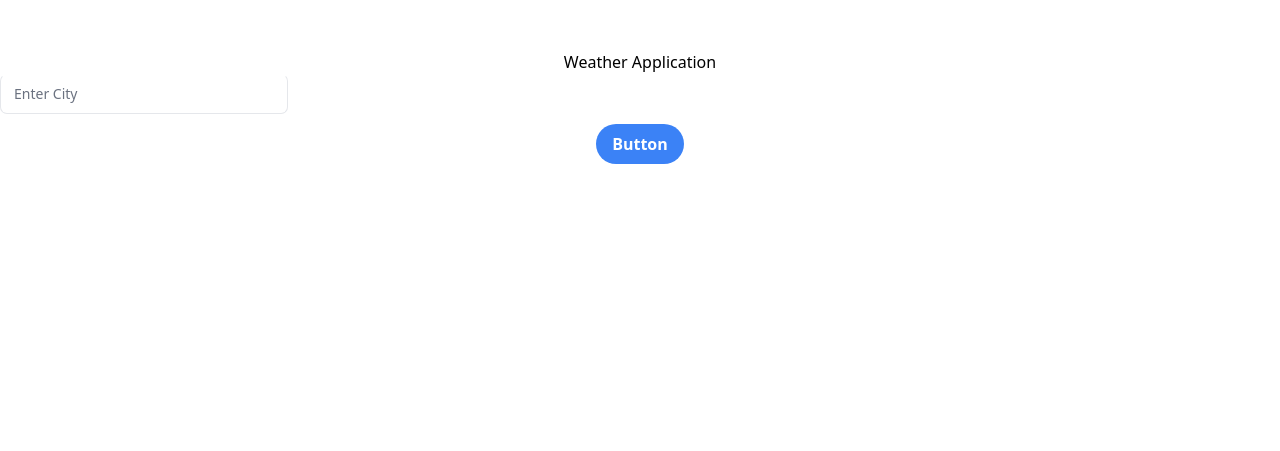
Repository: rajratangm/xweather
Page: /
The author's editor kept a copy of each file at every save. The page is drawn from the files as they stood at one save, then again after a run of saves.
The browser window is 1280 px wide. The pictures show the whole page.
The project was rebuilt for these pictures with package versions that can differ from the ones it lists, and the page was loaded fresh each time.

Above is the page before, as saved 2024-06-06 10:34:21.

After the next 2 saves:
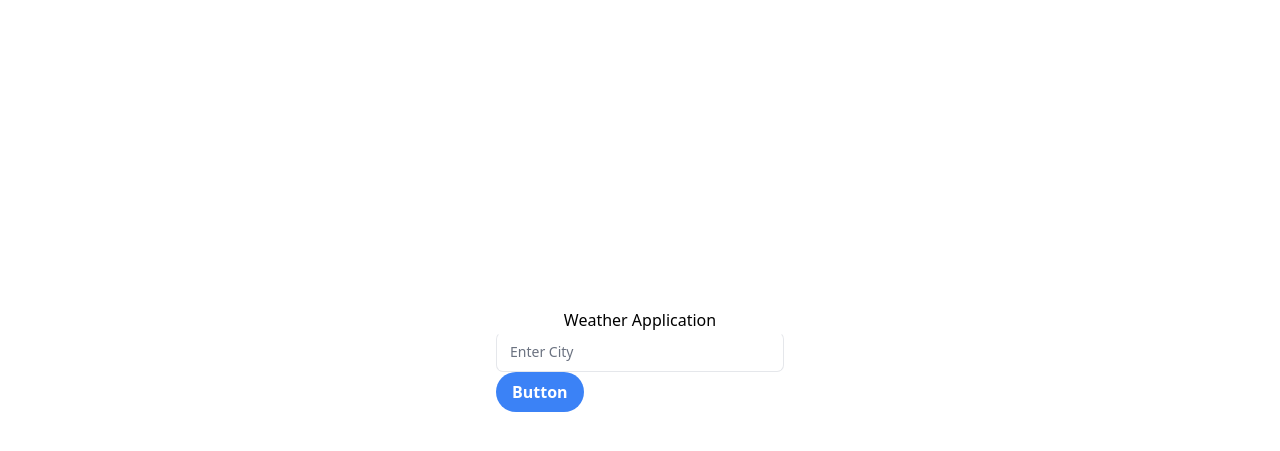
The 2 saves are shown as one change because they came seconds apart.
The last was saved 9 s later.
--- a/src/App.css
+++ b/src/App.css
@@ -1,4 +1,4 @@
-.weather-app {
+/* .weather-app {
   text-align: center;
   margin-top: 50px;
 }
@@ -21,4 +21,23 @@ button {
   padding: 10px;
   margin: 0 10px;
   border: 1px solid #ccc;
+} */
+
+
+.weather-app {
+  display: flex;
+  flex-direction: column;
+  align-items: center;
+  justify-content: center;
+  height: 100vh; /* Adjust height based on your requirement */
 }
+
+.weather-cards {
+  display: flex;
+  flex-wrap: wrap;
+  justify-content: center;
+}
+
+.weather-card {
+  margin: 10px;
+}
